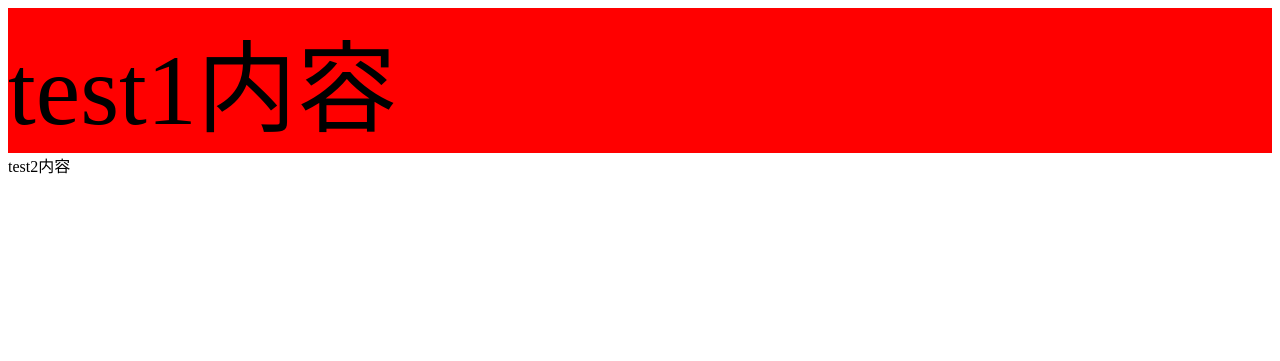
Repository: Lixianlai-2/Just-Coding
Page: index.html
An editor plug-in stored every save of this project. The page is shown before and after the next save, followed by the edit.
The browser window is 1280 px wide. The pictures show the whole page.

Above is the page before, as saved 2022-01-04 19:08:46.
Console error: ReferenceError: body is not defined

### index.html
<!DOCTYPE html>
<html lang="en">
  <head>
    <meta charset="UTF-8" />
    <meta http-equiv="X-UA-Compatible" content="IE=edge" />
    <meta name="viewport" content="width=device-width, initial-scale=1.0" />
    <script defer src="/main.js"></script>
    <title>Document</title>
  </head>
  <body>
    <div id="test1">test1内容</div>
    <div id="test2">test2内容</div>
  </body>
</html>

### main.js
// let div1 = document.createElement("div");
// document.createElement("style");
// document.createElement("script");
// document.createElement("li");

// let text1 = document.createTextNode("新添加的内容");

// div1.appendChild(text1);
// // div1.innerText = "你好";
// // div1.textContent = "你好";

// // document.body.appendChild(div1);
// test.appendChild(div1);

let div = document.createElement("div");
test1.appendChild(div);
test2.appendChild(div);

test1.style.backgroundColor = "red";
test1.style.fontSize = "100px";

let div2 = test1.cloneNode(true);
body.appendChild(div2);

After the next save:
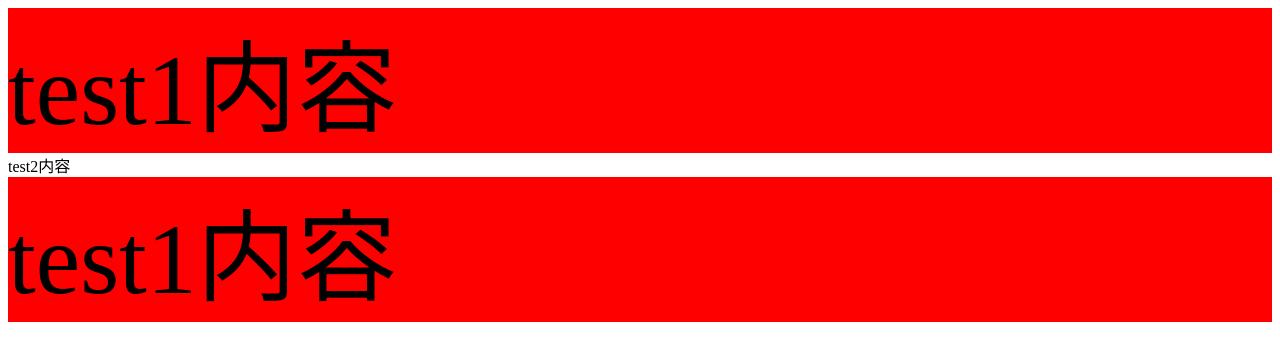
The error is gone.
Saved 29 s later.
--- a/main.js
+++ b/main.js
@@ -20,4 +20,4 @@ test1.style.backgroundColor = "red";
 test1.style.fontSize = "100px";
 
 let div2 = test1.cloneNode(true);
-body.appendChild(div2);
+document.body.appendChild(div2);
